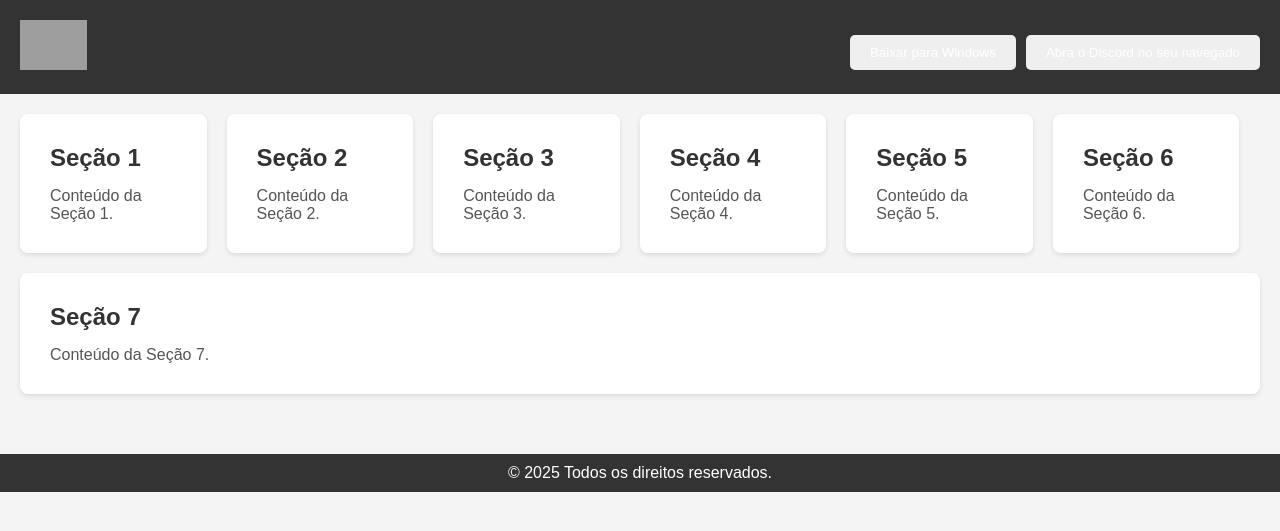
Repository: gustavotwist/projeto-discord
Page: index.html
The author's editor kept a copy of each file at every save. The page is drawn from the files as they stood at one save, then again after the next save.
The browser window is 1280 px wide. The pictures show the whole page.
Pictures or frames that could not be fetched are drawn as grey boxes.

Above is the page before, as saved 2025-03-09 17:49:15.

After the next save:
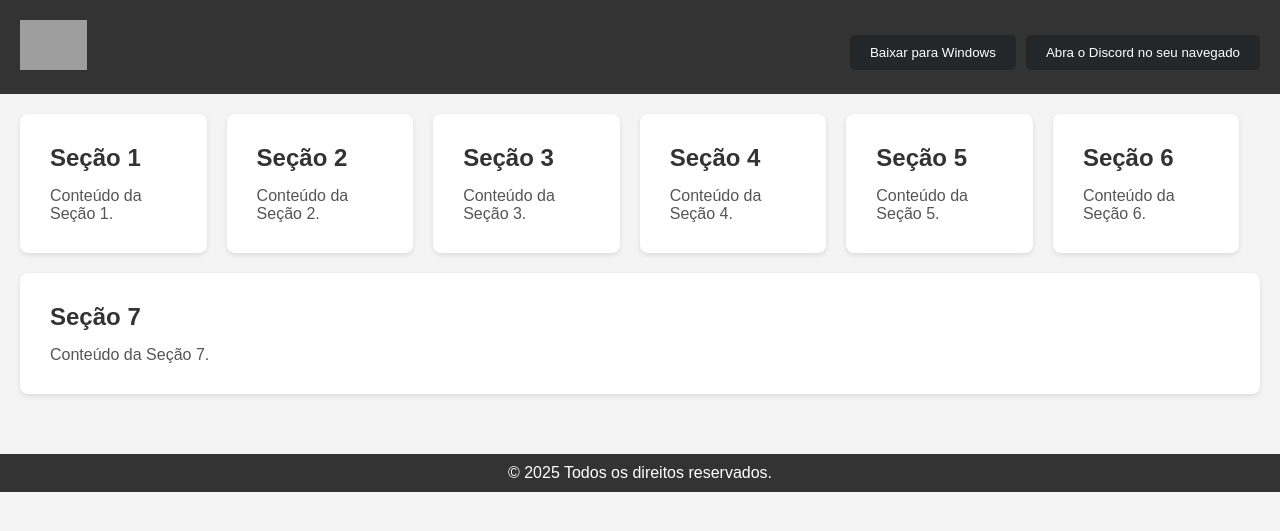
Saved 8 s later.
--- a/css/style.css
+++ b/css/style.css
@@ -56,7 +56,7 @@ header nav ul li a:hover {
 }
 
 .header-buttons .btn {
-    background-color: background: #23272A;
+    background-color: #23272A;
     ;
     color: white;
     border: none;
